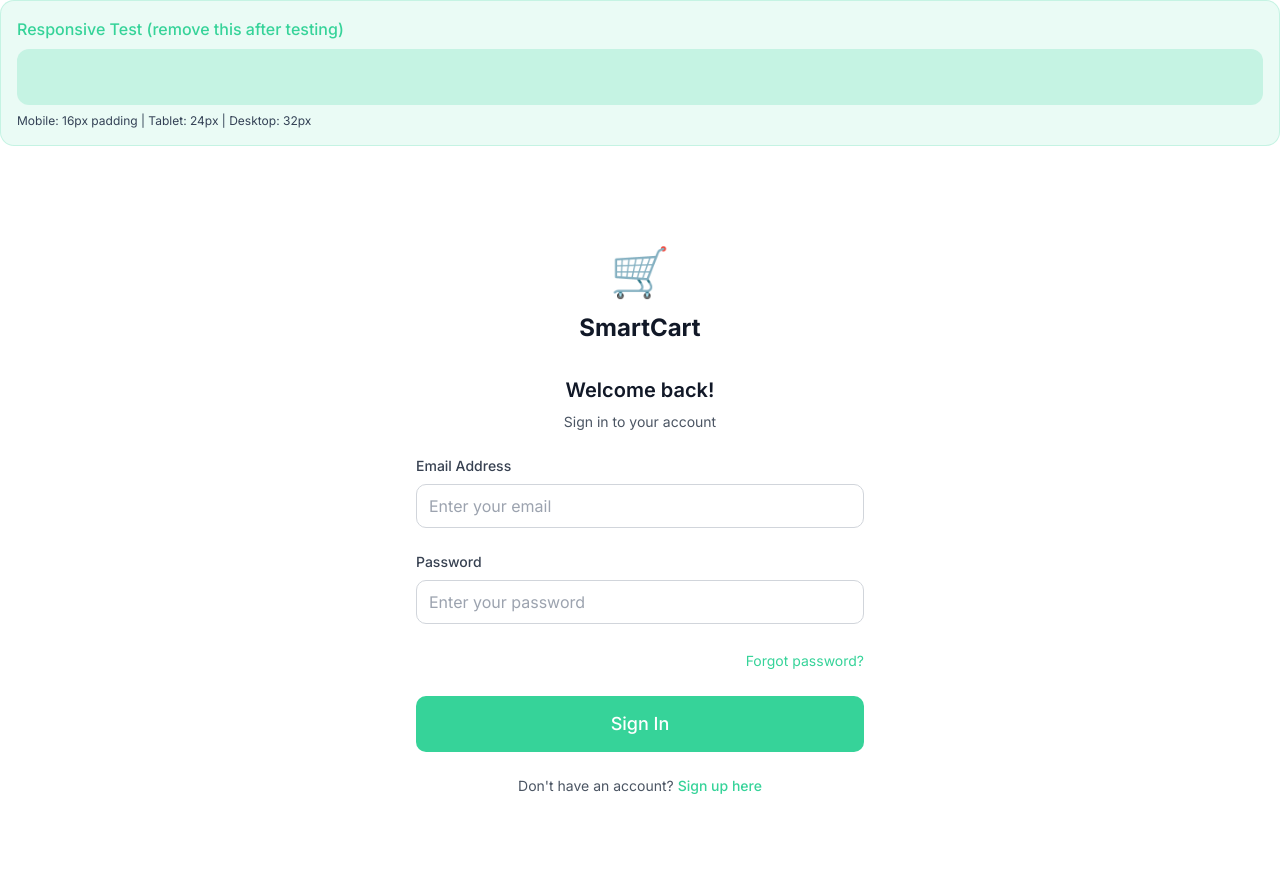
Repository: LubegaH/smartcart
Page: /auth/login
These files come from the project's save history. The page is drawn as it stood at one moment and after the next save; the edit follows.
The browser window is 1280 px wide. The pictures show the whole page.
The page's requests for data from a server got no answer. The project was rebuilt for these pictures with package versions that can differ from the ones it lists, and the page was loaded fresh each time. The framework's server and built-in components were replaced by stand-ins that run in the browser. No one was signed in, and anything a server would have sent is missing. Also part of the build but not shown: next.config.js, src/components/ui/offline-indicator.tsx, src/components/ui/alert.tsx.

Above is the page before, as saved 2025-07-07 21:36:07.

### src/app/layout.tsx
import type { Metadata } from 'next'
import { Inter } from 'next/font/google'
import { AuthProvider } from '@/components/providers/auth-provider'
import { OfflineIndicator } from '@/components/ui/offline-indicator'
import './globals.css'

const inter = Inter({ subsets: ['latin'] })

export const metadata: Metadata = {
  title: 'SmartCart - Intelligent Grocery Shopping',
  description: 'Transform grocery shopping from guesswork to data-driven decisions with real-time price tracking and intelligent price memory.',
  keywords: ['grocery', 'shopping', 'price tracking', 'pwa', 'mobile'],
  authors: [{ name: 'SmartCart Team' }],
  creator: 'SmartCart',
  publisher: 'SmartCart',
  formatDetection: {
    email: false,
    address: false,
    telephone: false,
  },
  manifest: '/manifest.json',
  appleWebApp: {
    capable: true,
    statusBarStyle: 'default',
    title: 'SmartCart',
  },
  other: {
    'mobile-web-app-capable': 'yes',
  },
}

export default function RootLayout({
  children,
}: {
  children: React.ReactNode
}) {
  return (
    <html lang="en">
      <head>
        <meta name="viewport" content="width=device-width, initial-scale=1, maximum-scale=1" />
        <meta name="theme-color" content="#10b981" />
        <link rel="icon" href="/favicon.ico" />
        <link rel="apple-touch-icon" href="/apple-touch-icon.png" />
      </head>
      <body className={inter.className}>
        <AuthProvider>
          <OfflineIndicator />
          <div id="root">
            {children}
          </div>
        </AuthProvider>
      </body>
    </html>
  )
}

### src/app/auth/login/page.tsx
import { LoginForm } from '@/components/auth/login-form'

export default function LoginPage() {
  return <LoginForm />
}

### src/components/providers/auth-provider.tsx
'use client'

import { useEffect } from 'react'
import { useAuthStore } from '@/stores/auth'

interface AuthProviderProps {
  children: React.ReactNode
}

export function AuthProvider({ children }: AuthProviderProps) {
  const { initialize, isInitialized } = useAuthStore()

  useEffect(() => {
    if (!isInitialized) {
      initialize()
    }
  }, [initialize, isInitialized])

  return <>{children}</>
}

### src/app/globals.css
@tailwind base;
@tailwind components;
@tailwind utilities;

@layer base {
  :root {
    /* SmartCart Color Scheme - AirBnB Style */
    --background: 0 0% 100%; /* #ffffff */
    --foreground: 222.2 84% 4.9%; /* Dark text */
    --card: 220 14% 96%; /* #f9fafb - Light gray surface */
    --card-foreground: 222.2 84% 4.9%;
    --popover: 0 0% 100%;
    --popover-foreground: 222.2 84% 4.9%;

    /* Primary: Green for shopping success/CTAs */
    --primary: 158 64% 52%; /* #10b981 */
    --primary-foreground: 0 0% 100%; /* White text on primary */

    /* Secondary: Blue for information/secondary actions */
    --secondary: 213 94% 68%; /* #3b82f6 */
    --secondary-foreground: 0 0% 100%; /* White text on secondary */

    /* Accent: Yellow/amber for highlights */
    --accent: 38 92% 50%; /* #f59e0b */
    --accent-foreground: 0 0% 100%; /* White text on accent */

    /* Warning: Yellow for budget warnings */
    --warning: 38 92% 50%; /* #f59e0b */
    --warning-foreground: 0 0% 100%;

    /* Danger: Red for delete/over budget */
    --destructive: 0 84% 60%; /* #ef4444 */
    --destructive-foreground: 0 0% 100%;

    /* Success: Green for success states */
    --success: 158 64% 52%; /* #10b981 */
    --success-foreground: 0 0% 100%;

    /* Neutral colors */
    --muted: 220 14% 96%; /* #f9fafb */
    --muted-foreground: 215 25% 27%; /* #6b7280 */
    --border: 220 13% 91%; /* #e5e7eb */
    --input: 220 13% 91%; /* #e5e7eb */
    --ring: 158 64% 52%; /* #10b981 - Focus ring */
    --radius: 0.75rem; /* 12px border radius */
  }
}

@layer base {
  * {
    border-color: hsl(var(--border));
  }
  body {
    background-color: hsl(var(--background));
    color: hsl(var(--foreground));
    font-feature-settings: 'rlig' 1, 'calt' 1;
  }
}

/* Enhanced responsive utilities */
@layer utilities {
  .touch-target {
    @apply min-h-[44px] min-w-[44px];
  }

  .touch-target-large {
    @apply min-h-[56px] min-w-[56px];
  }

  /* Responsive container utilities */
  .container-responsive {
    @apply px-4 sm:px-6 md:px-8 lg:px-12 xl:px-16;
  }

  /* Responsive text utilities */
  .text-responsive-xs {
    @apply text-xs sm:text-sm;
  }

  .text-responsive-sm {
    @apply text-sm sm:text-base;
  }

  .text-responsive-base {
    @apply text-base sm:text-lg;
  }

  .text-responsive-lg {
    @apply text-lg sm:text-xl md:text-2xl;
  }

  .text-responsive-xl {
    @apply text-xl sm:text-2xl md:text-3xl;
  }

  /* Responsive spacing utilities */
  .space-responsive {
    @apply space-y-4 sm:space-y-6 md:space-y-8;
  }

  .gap-responsive {
    @apply gap-4 sm:gap-6 md:gap-8;
  }

  /* Card utilities */
  .card-elevated {
    @apply bg-card border border-border rounded-lg shadow-soft hover:shadow-medium transition-shadow duration-200;
  }

  .card-interactive {
    @apply card-elevated hover:border-primary/20 cursor-pointer;
  }
}

### src/components/auth/login-form.tsx
'use client';

import * as React from 'react';
import { useForm } from 'react-hook-form';
import { zodResolver } from '@hookform/resolvers/zod';
import Link from 'next/link';
import { useRouter } from 'next/navigation';
import { Button } from '@/components/ui/button';
import { Input } from '@/components/ui/input';
import { Alert, AlertDescription } from '@/components/ui/alert';
import { useAuthStore } from '@/stores/auth';
import { loginSchema, type LoginFormData } from '@/lib/validations';

export function LoginForm() {
  const router = useRouter();
  const { login, isLoading, error, clearError } = useAuthStore();

  const {
    register,
    handleSubmit,
    formState: { errors, isSubmitting },
  } = useForm<LoginFormData>({
    resolver: zodResolver(loginSchema),
  });

  // Clear any existing errors when component mounts
  React.useEffect(() => {
    clearError();
  }, [clearError]);

  const onSubmit = async (data: LoginFormData) => {
    const success = await login(data.email, data.password);

    if (success) {
      // Redirect to dashboard after successful login
      router.push('/dashboard');
    }
  };

  const isFormLoading = isLoading || isSubmitting;

  return (
    <>
      <div className='mb-4 p-4 bg-primary/10 border border-primary/20 rounded-lg'>
        <div className='text-responsive-sm text-primary font-medium'>
          Responsive Test (remove this after testing)
        </div>
        <div className='mt-2 space-y-2'>
          <div className='h-12 bg-primary/20 rounded touch-target-large'></div>
          <div className='text-xs text-muted-foreground'>
            Mobile: 16px padding | Tablet: 24px | Desktop: 32px
          </div>
        </div>
      </div>
      <div className='min-h-screen flex flex-col items-center justify-center p-6 bg-background'>
        <div className='max-w-md w-full space-y-8'>
          {/* SmartCart Logo */}
          <div className='text-center space-y-4'>
            <div className='text-5xl'>🛒</div>
            <h1 className='text-2xl font-bold text-gray-900'>SmartCart</h1>
          </div>

          {/* Login Form */}
          <div className='space-y-6'>
            <div className='text-center'>
              <h2 className='text-xl font-semibold text-gray-900'>
                Welcome back!
              </h2>
              <p className='text-sm text-gray-600 mt-2'>
                Sign in to your account
              </p>
            </div>

            {/* Error Alert */}
            {error && (
              <Alert variant='error'>
                <AlertDescription>{error}</AlertDescription>
              </Alert>
            )}

            <form onSubmit={handleSubmit(onSubmit)} className='space-y-6'>
              {/* Email Field */}
              <Input
                label='Email Address'
                type='email'
                placeholder='Enter your email'
                error={errors.email?.message}
                disabled={isFormLoading}
                {...register('email')}
              />

              {/* Password Field */}
              <Input
                label='Password'
                type='password'
                placeholder='Enter your password'
                error={errors.password?.message}
                disabled={isFormLoading}
                {...register('password')}
              />

              {/* Forgot Password Link */}
              <div className='text-right'>
                <Link
                  href='/auth/reset-password'
                  className='text-sm text-primary hover:text-primary/80 transition-colors'
                >
                  Forgot password?
                </Link>
              </div>

              {/* Submit Button */}
              <Button
                type='submit'
                size='lg'
                className='w-full'
                disabled={isFormLoading}
              >
                {isFormLoading ? 'Signing in...' : 'Sign In'}
              </Button>
            </form>

            {/* Sign Up Link */}
            <div className='text-center text-sm text-gray-600'>
              Don&apos;t have an account?{' '}
              <Link
                href='/auth/register'
                className='text-primary font-medium hover:text-primary/80 transition-colors'
              >
                Sign up here
              </Link>
            </div>
          </div>
        </div>
      </div>
    </>
  );
}

### src/components/ui/button.tsx
import * as React from "react"
import { cn } from "@/lib/utils"

interface ButtonProps extends React.ButtonHTMLAttributes<HTMLButtonElement> {
  variant?: 'primary' | 'secondary' | 'outline' | 'ghost' | 'danger'
  size?: 'sm' | 'md' | 'lg'
  children: React.ReactNode
}

const Button = React.forwardRef<HTMLButtonElement, ButtonProps>(
  ({ className, variant = 'primary', size = 'md', children, ...props }, ref) => {
    const baseClasses = "inline-flex items-center justify-center rounded-md font-medium transition-colors focus-visible:outline-none focus-visible:ring-2 focus-visible:ring-offset-2 disabled:pointer-events-none disabled:opacity-50"

    const variantClasses = {
      primary: "bg-primary text-white hover:bg-primary/90 focus-visible:ring-primary",
      secondary: "bg-secondary text-white hover:bg-secondary/90 focus-visible:ring-secondary",
      outline: "border border-gray-300 bg-transparent hover:bg-gray-50 text-gray-900 focus-visible:ring-gray-900",
      ghost: "hover:bg-gray-100 text-gray-900 focus-visible:ring-gray-900",
      danger: "bg-danger text-white hover:bg-danger/90 focus-visible:ring-danger"
    }

    const sizeClasses = {
      sm: "h-9 px-3 text-sm touch-target",
      md: "h-11 px-6 text-base touch-target-large",
      lg: "h-14 px-8 text-lg touch-target-large"
    }

    return (
      <button
        className={cn(
          baseClasses,
          variantClasses[variant],
          sizeClasses[size],
          className
        )}
        ref={ref}
        {...props}
      >
        {children}
      </button>
    )
  }
)

Button.displayName = "Button"

export { Button }

### src/components/ui/input.tsx
import * as React from "react"
import { cn } from "@/lib/utils"

interface InputProps extends React.InputHTMLAttributes<HTMLInputElement> {
  label?: string
  error?: string
}

const Input = React.forwardRef<HTMLInputElement, InputProps>(
  ({ className, label, error, id, ...props }, ref) => {
    const inputId = id || `input-${Math.random().toString(36).substr(2, 9)}`

    return (
      <div className="space-y-2">
        {label && (
          <label
            htmlFor={inputId}
            className="block text-sm font-medium text-gray-700"
          >
            {label}
          </label>
        )}
        <input
          id={inputId}
          className={cn(
            "flex h-11 w-full rounded-md border border-gray-300 bg-white px-3 py-2 text-base placeholder:text-gray-400 focus:border-primary focus:outline-none focus:ring-2 focus:ring-primary/20 disabled:cursor-not-allowed disabled:opacity-50 touch-target",
            error && "border-danger focus:border-danger focus:ring-danger/20",
            className
          )}
          ref={ref}
          {...props}
        />
        {error && (
          <p className="text-sm text-danger">{error}</p>
        )}
      </div>
    )
  }
)

Input.displayName = "Input"

export { Input }

### src/lib/validations.ts
import { z } from 'zod'

// Password validation schema
export const passwordSchema = z
  .string()
  .min(6, 'Password must be at least 6 characters')

// Authentication form schemas
export const loginSchema = z.object({
  email: z
    .string()
    .min(1, 'Email is required')
    .email('Please enter a valid email address'),
  password: z
    .string()
    .min(1, 'Password is required')
})

export const registerSchema = z.object({
  email: z
    .string()
    .min(1, 'Email is required')
    .email('Please enter a valid email address'),
  password: passwordSchema,
  confirmPassword: z.string().min(1, 'Please confirm your password'),
  acceptTerms: z
    .boolean()
    .refine((val) => val === true, 'You must accept the terms of service')
}).refine(
  (data) => data.password === data.confirmPassword,
  {
    message: "Passwords don't match",
    path: ['confirmPassword']
  }
)

export const resetPasswordSchema = z.object({
  email: z
    .string()
    .min(1, 'Email is required')
    .email('Please enter a valid email address')
})

export const updatePasswordSchema = z.object({
  password: passwordSchema,
  confirmPassword: z.string().min(1, 'Please confirm your password')
}).refine(
  (data) => data.password === data.confirmPassword,
  {
    message: "Passwords don't match",
    path: ['confirmPassword']
  }
)

// Type exports for forms
export type LoginFormData = z.infer<typeof loginSchema>
export type RegisterFormData = z.infer<typeof registerSchema>
export type ResetPasswordFormData = z.infer<typeof resetPasswordSchema>
export type UpdatePasswordFormData = z.infer<typeof updatePasswordSchema>

### src/lib/utils.ts
import { type ClassValue, clsx } from "clsx"
import { twMerge } from "tailwind-merge"

export function cn(...inputs: ClassValue[]) {
  return twMerge(clsx(inputs))
}

// Utility functions for SmartCart
export function formatCurrency(amount: number, currency = 'USD'): string {
  return new Intl.NumberFormat('en-US', {
    style: 'currency',
    currency,
  }).format(amount)
}

export function formatDate(date: string | Date): string {
  const d = typeof date === 'string' ? new Date(date) : date
  return new Intl.DateTimeFormat('en-US', {
    weekday: 'short',
    month: 'short',
    day: 'numeric',
  }).format(d)
}

export function calculateProgress(completed: number, total: number): number {
  if (total === 0) return 0
  return Math.round((completed / total) * 100)
}

export function getBudgetStatus(spent: number, budget: number): 'good' | 'warning' | 'over' {
  const percentage = (spent / budget) * 100
  if (percentage >= 100) return 'over'
  if (percentage >= 85) return 'warning'
  return 'good'
}

// Fuzzy matching for item names
export function fuzzyMatch(query: string, target: string): number {
  const queryLower = query.toLowerCase().trim()
  const targetLower = target.toLowerCase().trim()

  if (queryLower === targetLower) return 1
  if (targetLower.includes(queryLower)) return 0.8

  // Simple character-based similarity
  const longer = queryLower.length > targetLower.length ? queryLower : targetLower
  const shorter = queryLower.length > targetLower.length ? targetLower : queryLower

  if (longer.length === 0) return 1

  const matches = shorter.split('').filter(char => longer.includes(char)).length
  return matches / longer.length
}

// Generate trip name from retailer and date
export function generateTripName(retailerName: string, date: string): string {
  const formattedDate = formatDate(date)
  return `${retailerName} - ${formattedDate}`
}

### src/lib/supabase.ts
import { createClient } from '@supabase/supabase-js'
import type { Database } from '@/types/database'

const supabaseUrl = process.env.NEXT_PUBLIC_SUPABASE_URL
const supabaseAnonKey = process.env.NEXT_PUBLIC_SUPABASE_ANON_KEY

if (!supabaseUrl || !supabaseAnonKey) {
  console.error('❌ Missing Supabase environment variables')
  console.error('NEXT_PUBLIC_SUPABASE_URL:', !!supabaseUrl)
  console.error('NEXT_PUBLIC_SUPABASE_ANON_KEY:', !!supabaseAnonKey)
  throw new Error('Missing required Supabase environment variables')
}

export const supabase = createClient<Database>(supabaseUrl, supabaseAnonKey, {
  auth: {
    autoRefreshToken: true,
    persistSession: true,
    detectSessionInUrl: true
  }
})

// Helper function to handle Supabase errors
export function handleSupabaseError(error: any): string {
  if (error?.message) {
    return error.message
  }
  if (typeof error === 'string') {
    return error
  }
  return 'An unexpected error occurred'
}

### tailwind.config.ts
import type { Config } from 'tailwindcss'

const config: Config = {
  content: [
    './src/pages/**/*.{js,ts,jsx,tsx,mdx}',
    './src/components/**/*.{js,ts,jsx,tsx,mdx}',
    './src/app/**/*.{js,ts,jsx,tsx,mdx}',
  ],
  theme: {
    extend: {
      colors: {
        background: 'hsl(var(--background))',
        foreground: 'hsl(var(--foreground))',
        card: 'hsl(var(--card))',
        'card-foreground': 'hsl(var(--card-foreground))',
        primary: 'hsl(var(--primary))',
        'primary-foreground': 'hsl(var(--primary-foreground))',
        secondary: 'hsl(var(--secondary))',
        'secondary-foreground': 'hsl(var(--secondary-foreground))',
        accent: 'hsl(var(--accent))',
        'accent-foreground': 'hsl(var(--accent-foreground))',
        muted: 'hsl(var(--muted))',
        'muted-foreground': 'hsl(var(--muted-foreground))',
        border: 'hsl(var(--border))',
        input: 'hsl(var(--input))',
        ring: 'hsl(var(--ring))',
        destructive: 'hsl(var(--destructive))',
        'destructive-foreground': 'hsl(var(--destructive-foreground))',
      },
      fontFamily: {
        sans: ['Inter', 'system-ui', 'sans-serif'],
      },
      borderRadius: {
        DEFAULT: 'var(--radius)',
        lg: 'calc(var(--radius) + 2px)',
        md: 'calc(var(--radius) - 2px)',
        sm: 'calc(var(--radius) - 4px)',
      },
      // Enhanced responsive spacing
      spacing: {
        '18': '4.5rem',   // 72px
        '88': '22rem',    // 352px
        '128': '32rem',   // 512px
      },
      // Enhanced shadows for depth
      boxShadow: {
        'soft': '0 2px 8px 0 rgba(0, 0, 0, 0.04)',
        'medium': '0 4px 12px 0 rgba(0, 0, 0, 0.08)',
        'large': '0 8px 24px 0 rgba(0, 0, 0, 0.12)',
        'inner-soft': 'inset 0 1px 2px 0 rgba(0, 0, 0, 0.04)',
      },
      // Enhanced responsive breakpoints
      screens: {
        'xs': '475px',   // Extra small phones
        'sm': '640px',   // Small tablets
        'md': '768px',   // Tablets
        'lg': '1024px',  // Small desktops
        'xl': '1280px',  // Large desktops
        '2xl': '1536px', // Extra large
      }
    },
  },
  plugins: [],
}

export default config

Loaded but not shown: src/stores/auth.ts (316 lines, source omitted); src/lib/offline-profile.ts (183 lines, source omitted); src/lib/profile.ts (191 lines, source omitted); src/lib/offline-storage.ts (185 lines, source omitted); src/lib/auth.ts (169 lines, source omitted)

After the next save:
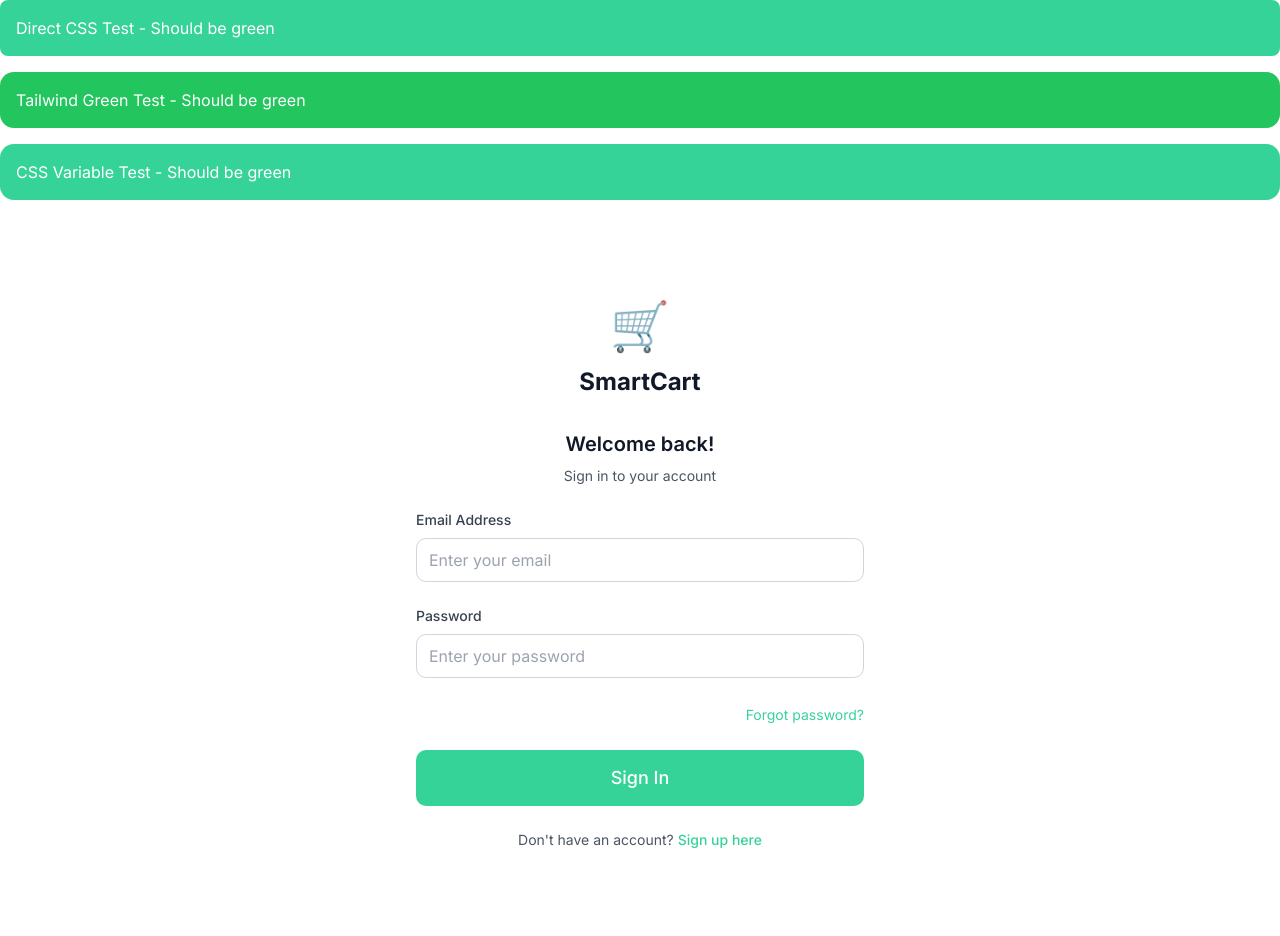
Saved 8 min 32 s later.
--- a/src/components/auth/login-form.tsx
+++ b/src/components/auth/login-form.tsx
@@ -41,15 +41,25 @@ export function LoginForm() {
 
   return (
     <>
-      <div className='mb-4 p-4 bg-primary/10 border border-primary/20 rounded-lg'>
-        <div className='text-responsive-sm text-primary font-medium'>
-          Responsive Test (remove this after testing)
-        </div>
-        <div className='mt-2 space-y-2'>
-          <div className='h-12 bg-primary/20 rounded touch-target-large'></div>
-          <div className='text-xs text-muted-foreground'>
-            Mobile: 16px padding | Tablet: 24px | Desktop: 32px
-          </div>
+      <div
+        style={{
+          backgroundColor: 'hsl(158, 64%, 52%)',
+          color: 'white',
+          padding: '16px',
+          marginBottom: '16px',
+          borderRadius: '8px',
+        }}
+      >
+        Direct CSS Test - Should be green
+      </div>
+
+      <div className='mb-4 p-4 bg-green-500 text-white rounded-lg'>
+        Tailwind Green Test - Should be green
+      </div>
+
+      <div className='mb-4'>
+        <div className='bg-primary p-4 text-primary-foreground rounded-lg'>
+          CSS Variable Test - Should be green
         </div>
       </div>
       <div className='min-h-screen flex flex-col items-center justify-center p-6 bg-background'>
